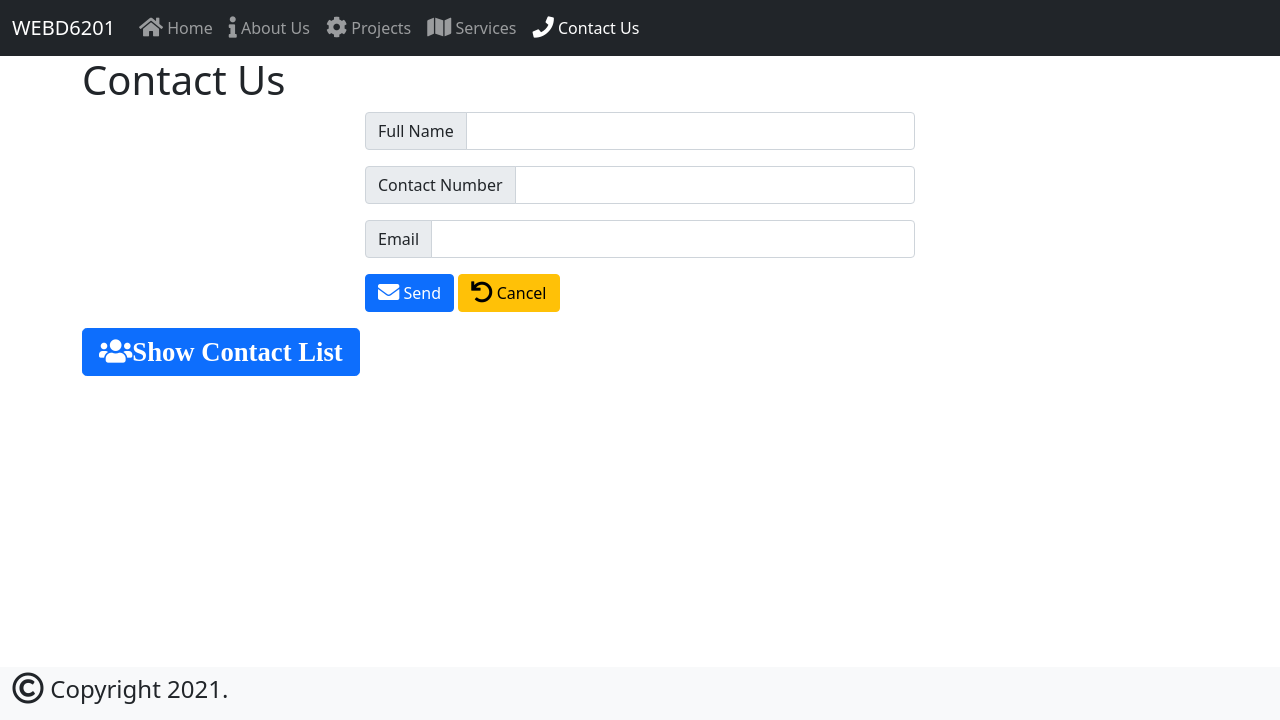
Repository: MuzhdaEhsan/WEBD6201-W2021-Lab1
Page: contact.html
The author's editor kept a copy of each file at every save. The page is drawn from the files as they stood at one save, then again after the next save.
The browser window is 1280 px wide. The pictures show the whole page.

Above is the page before, as saved 2021-01-28 09:55:15.

After the next save:
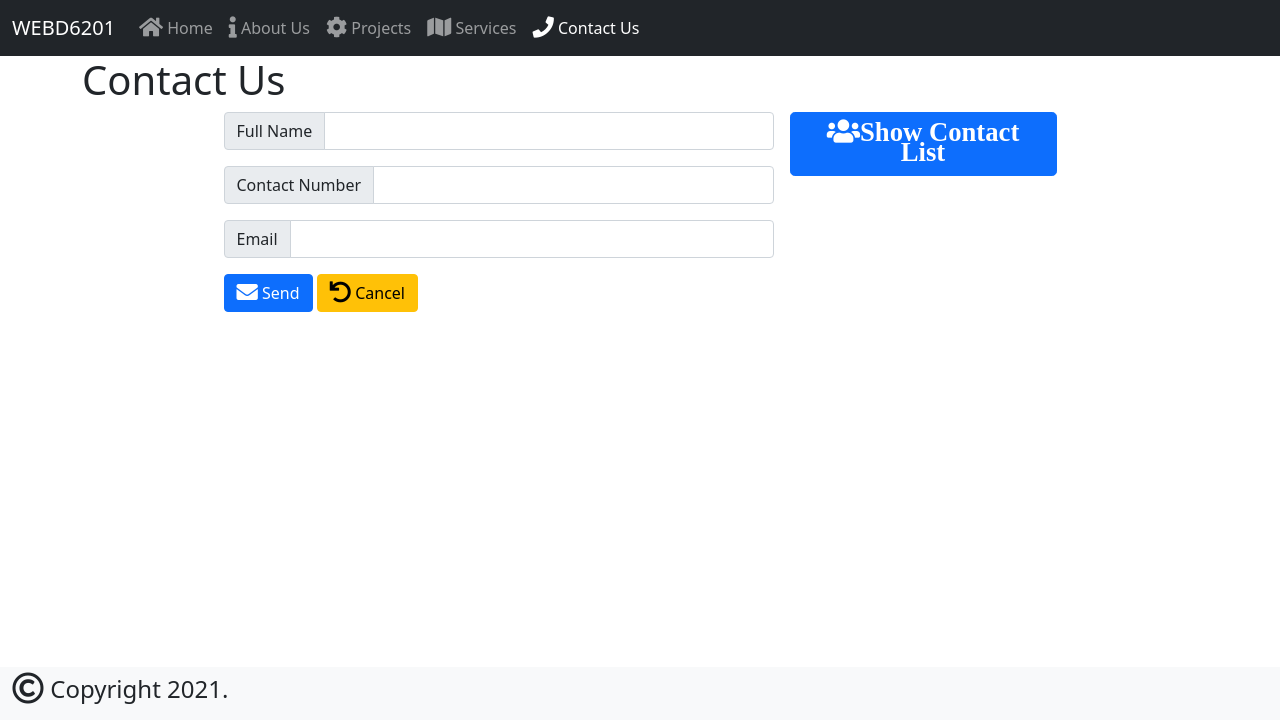
Saved 15 min 11 s later.
--- a/contact.html
+++ b/contact.html
@@ -76,7 +76,7 @@
             <button id="cancelButton" type="reset" class="btn btn-warning"><i class="fas fa-undo fa-lg"></i> Cancel</button>
           </form>
 
-          <div>
+          <div class="col-lg-3 col-md-3">
             <a href="./contact-list.html" class="btn btn-primary btn-lg"><i class="fas fa-users fa-lg">Show Contact List</i></a>
           </div>
 
